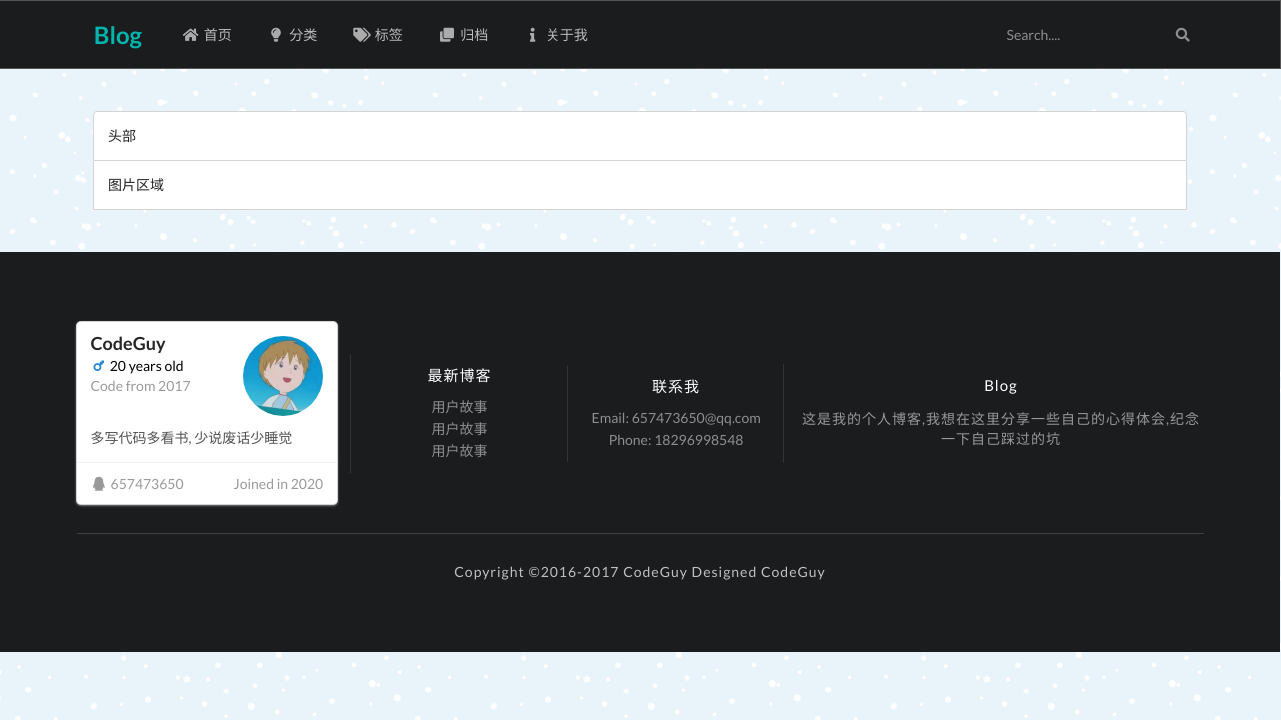
Repository: GOGOHQ/myblog
Page: blog.html
The author's editor kept a copy of each file at every save. The page is drawn from the files as they stood at one save, then again after the next save.
The browser window is 1280 px wide. The page is 1281 px wide, so the pictures cover 1281 px, including what lies to the right of the window. The pictures show the whole page.
Some web libraries are served in a nearby version.

Above is the page before, as saved 2020-01-17 12:58:38.

After the next save:
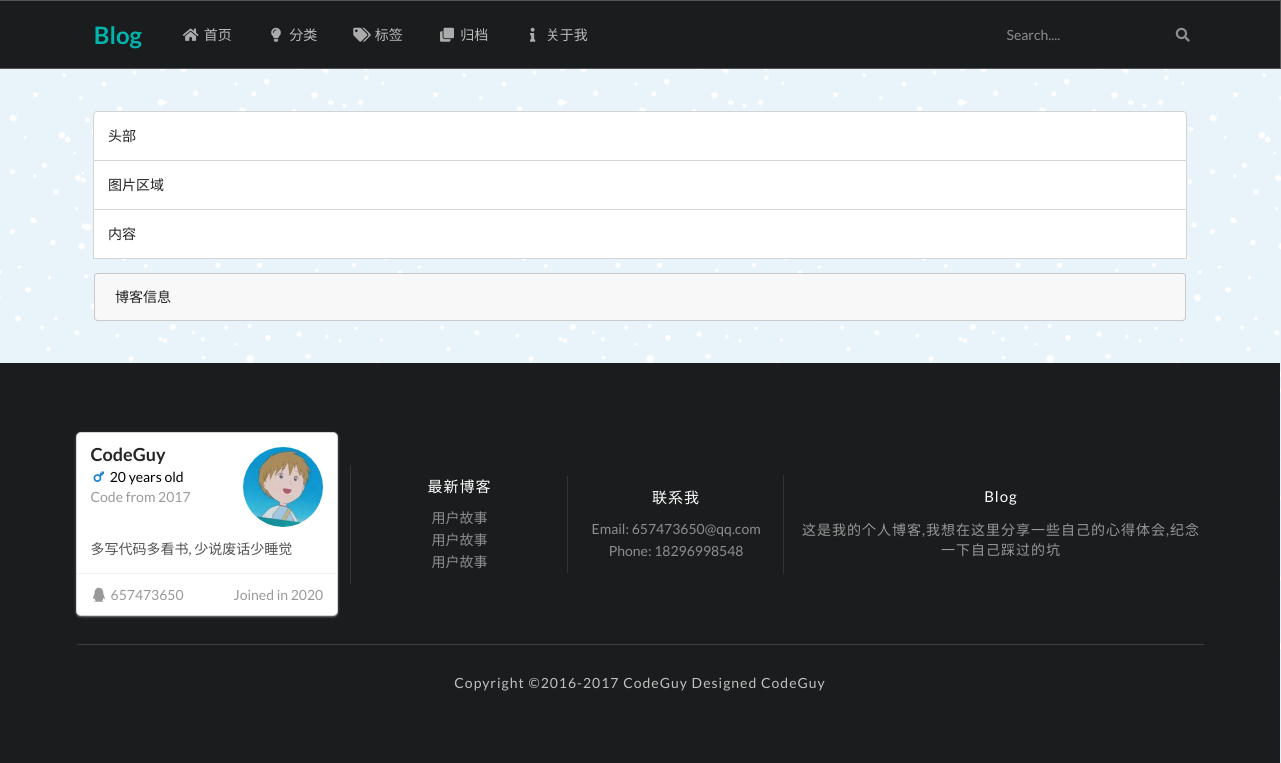
Saved 65 s later.
--- a/blog.html
+++ b/blog.html
@@ -40,7 +40,15 @@
         <div class="ui top attached segment">
             头部
         </div>
-        <div class="ui attached segment">图片区域</div>
+        <div class="ui attached segment">
+            图片区域
+        </div>
+        <div class="ui attached segment">
+            内容
+        </div>
+        <div class="ui message">
+            博客信息
+        </div>
     </div>
 </div>
 <!-- 底部 -->
